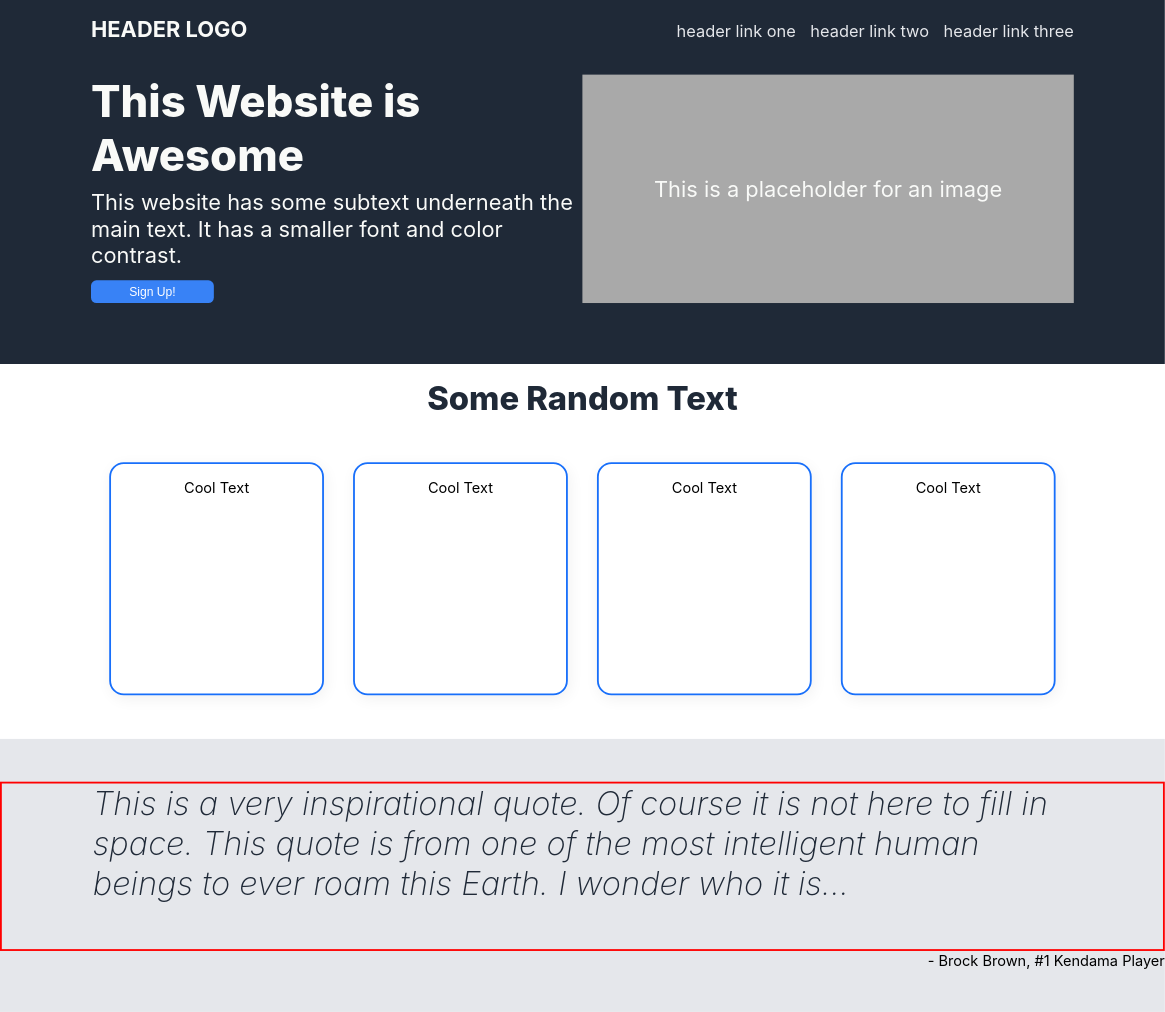
Repository: bbrockbrown/landing-page
Page: index.html
An editor plug-in stored every save of this project. The page is shown before and after the next save, followed by the edit.
The browser window is 1280 px wide. The pictures show the whole page, at 91% of full size.

Above is the page before, as saved 2024-07-24 15:54:42.

### index.html
<!DOCTYPE html>
<html lang="en">
<head>
    <meta charset="UTF-8">
    <meta name="viewport" content="width=device-width, initial-scale=1.0">
    <link rel="stylesheet" href="styles.css">
    <title>Landing Page</title>
</head>
<body>

    <div class="header">
        <div class="upper-header">
            <div class="logo" style="font-weight: bolder">HEADER LOGO</div>
            <ul class="header-links">
                <li><a href="https://www.google.com/" target="_blank">header link one</a></li>
                <li><a href="https://www.google.com/" target="_blank">header link two</a></li>
                <li><a href="https://www.google.com/" target="_blank">header link three</a></li>
            </ul>
        </div>

        <div class="header-content">
            <div class="header-text">
                <div class="awesome-text">
                    This Website is Awesome
                </div>
                <div class="subtext">
                    This website has some subtext underneath the main text.
                    It has a smaller font and color contrast.
                </div>
                <button class="signup-button">Sign Up!</button>
            </div>

            <div class="header-image">
                This is a placeholder for an image
            </div>
        </div>
    </div>




    <div class="body">
        <div class="box-text">Some Random Text</div>
        <div class="box-container">
            <div class="box">Cool Text</div>
            <div class="box">Cool Text</div>
            <div class="box">Cool Text</div>
            <div class="box">Cool Text</div>
        </div>

        <div class="quote-container">
            <div class="quote">This is a very inspirational quote. Of course it is not here
                to fill in space. This quote is from one of the most intelligent human beings
                to ever roam this Earth. I wonder who it is...
            </div>
            <div class="quote-author">
                - Brock Brown, #1 Kendama Player
            </div>
        </div>
    </div>

    <div class="sign-up">

    </div>

    <div class="footer">

    </div>

</body>
</html>

### styles.css
body {
    font-family: -apple-system, BlinkMacSystemFont, 'Segoe UI', Roboto, Oxygen, Ubuntu, Cantarell, 'Open Sans', 'Helvetica Neue', sans-serif;
    margin: 0;
    min-height: 100vh;
}

.header {
    background-color: #1F2937;
    font-size: 24px;
    color: #F9FAF8;
    display: flex;
    padding: 0px 100px 50px 100px;
    height: 350px;
    flex-direction: column;
    justify-content: space-around;
}

.upper-header {
    display: flex;
    justify-content: space-between;
}

.header-content {
    display: flex;
    text-align: left;
    align-items: center;
}

.header-text {
    width: 50%;
    display: flex;
    flex-flow: column wrap;
    gap: 8px;
}

.header-image {
    text-align: center;
    width: 50%;
    height: 100%;
    background-color: darkgray;
    display: flex;
    flex-flow: column wrap;
    justify-content: center;
}

.awesome-text {
    font-size: 48px;
    font-weight: 800;
}

button {
    padding: 5px 30px 5px 30px;
    border-radius: 6px;
    width: 25%;
}

.signup-button {
    background-color: #3882F6;
    color: white;
    border: none;
    margin-top: 5px;
}

ul {
    margin: 0;
    padding: 0;
    list-style: none;
    display: flex;
    gap: 16px;
}

a {
    text-decoration: none;
    font-size: 18px;
    color: #E5E7EB;
}


.body {
    display: flex;
    flex: 1;
    flex-direction: column;
    align-items: center;
}

.box-text {
    font-size: 36px;
    color: #1F2937;
    font-weight: 800;
    margin-top: 16px;
}

.box-container {
    display: flex;
    padding: 48px;
    flex-wrap: wrap;
    gap: 32px;
    justify-content: center;
}


.box {
    border: 2px solid  #186ffa;
    box-shadow: 2px 4px 16px rgba(0,0,0,.06);
    border-radius: 16px;
    padding: 16px;
    width: 200px;
    height: 220px;
    text-align: center;
}

.quote-container {
    display: flex;
    flex: wrap;
    flex-direction: column;
    background-color: #E5E7EB;
    height: 300px;
    justify-content: center;
}

.quote {
    padding: 0px 100px 50px 100px;
    font-size: 36px;
    color: #1F2937;
    font-style: italic;
    font-weight: 200;
    border: 2px red solid;
}

.quote-author {
    align-self: flex-end
}

After the next save:
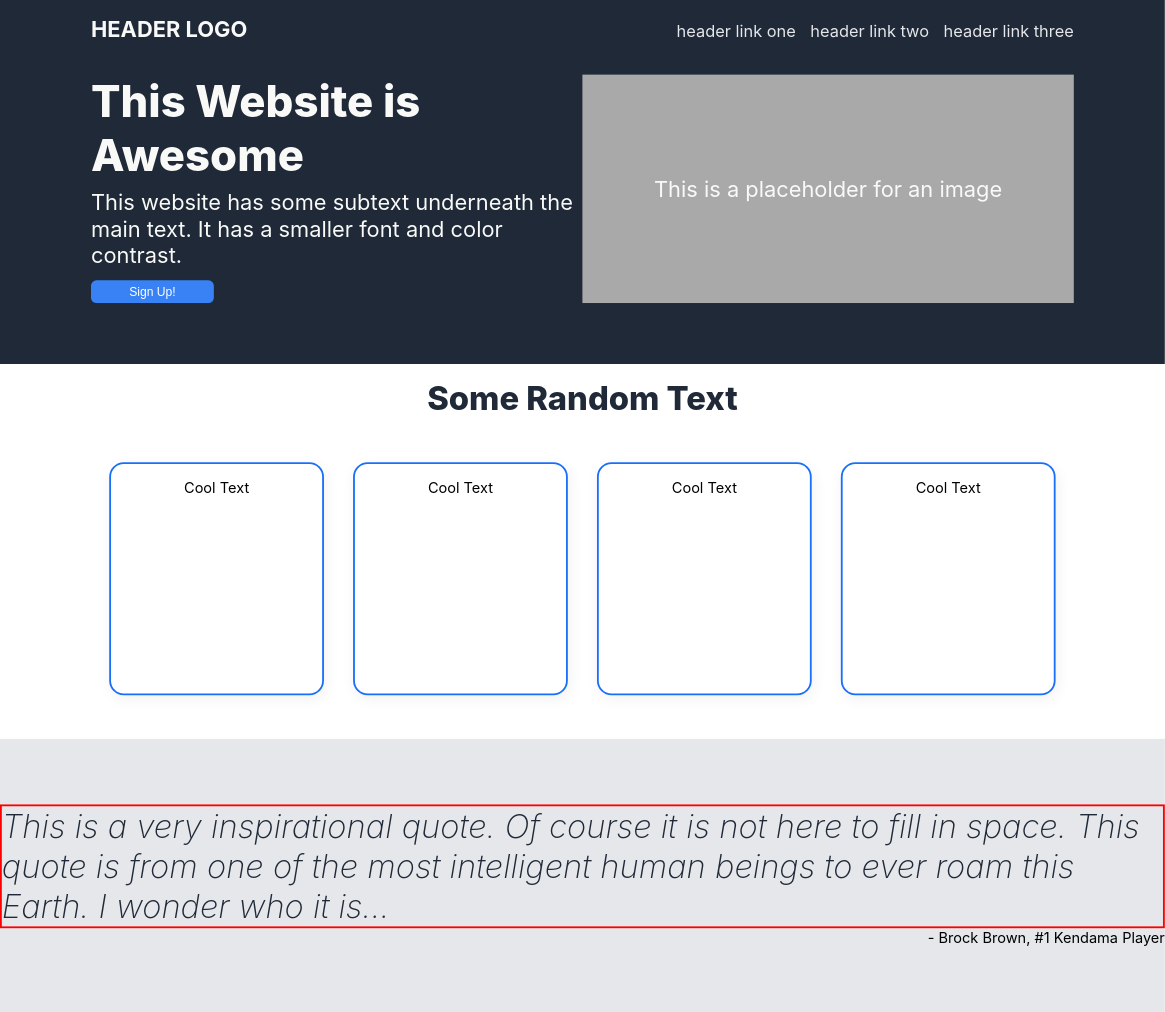
Saved 12 s later.
--- a/styles.css
+++ b/styles.css
@@ -125,6 +125,7 @@
     font-style: italic;
     font-weight: 200;
     border: 2px red solid;
+    padding: 0;
 }
 
 .quote-author {

After the save that followed:
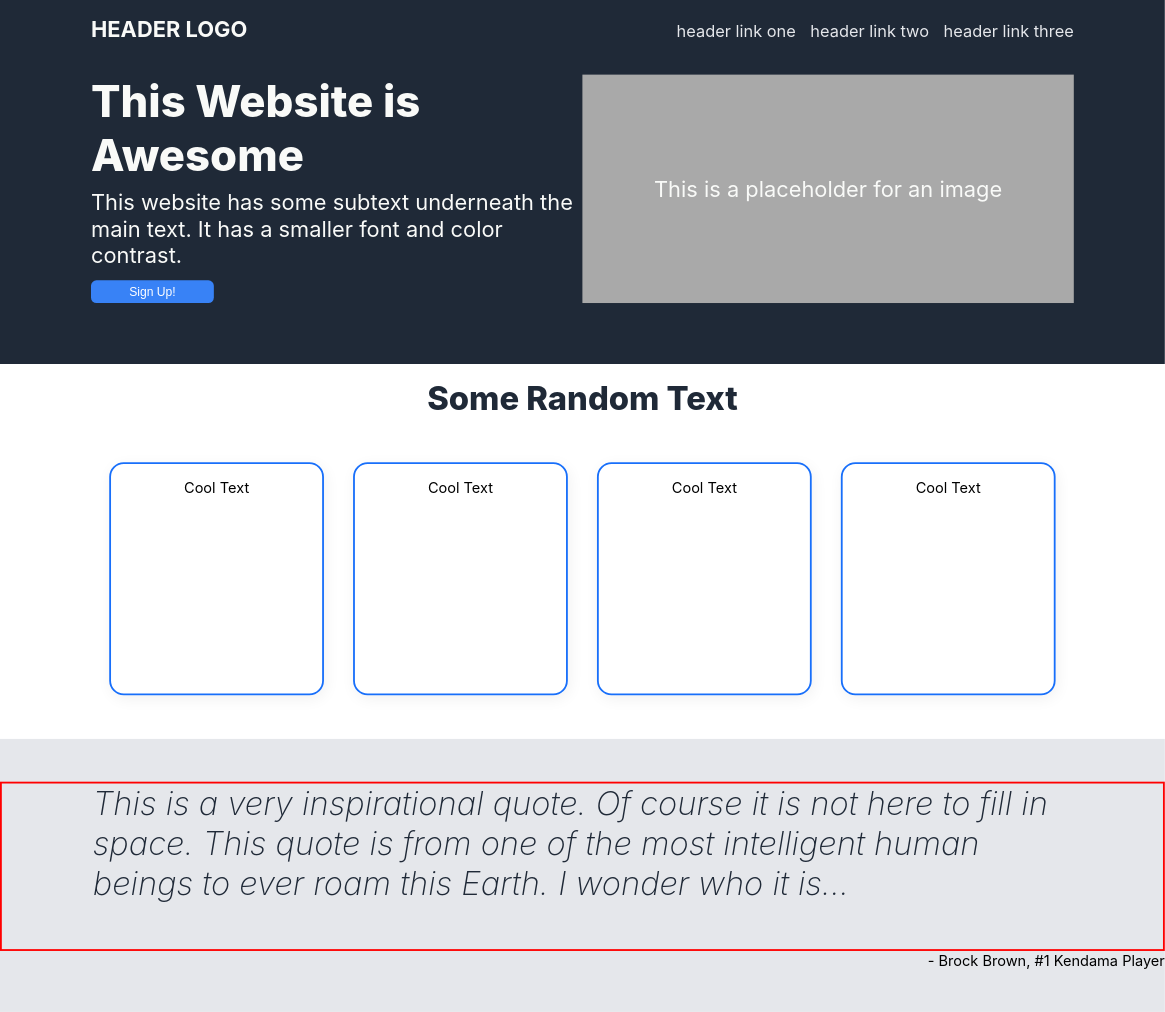
Saved 18 s later.
--- a/styles.css
+++ b/styles.css
@@ -125,7 +125,7 @@
     font-style: italic;
     font-weight: 200;
     border: 2px red solid;
-    padding: 0;
+    padding: 0 auto 0 auto;
 }
 
 .quote-author {
